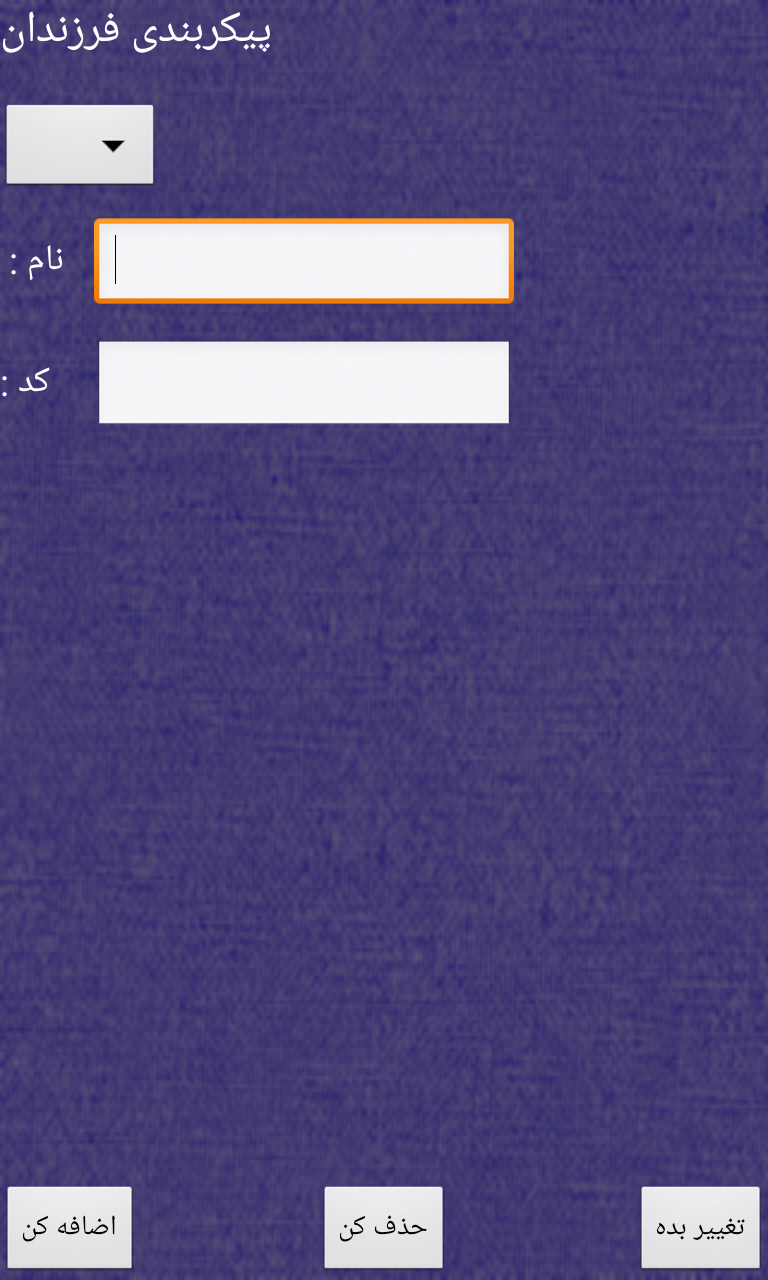
Repository: samanamp/RR-Controller
Layout: RRC app/res/layout/activity_child_setting.xml
An editor plug-in stored every save of this project. The layout is shown before and after the next save, followed by the edit.
It is drawn on a 768 x 1280 px phone screen (xhdpi) without system bars, with theme AppTheme; the app's code is not run.

Above is the layout before, as saved 2012-08-13 11:52:15.

After the next save:
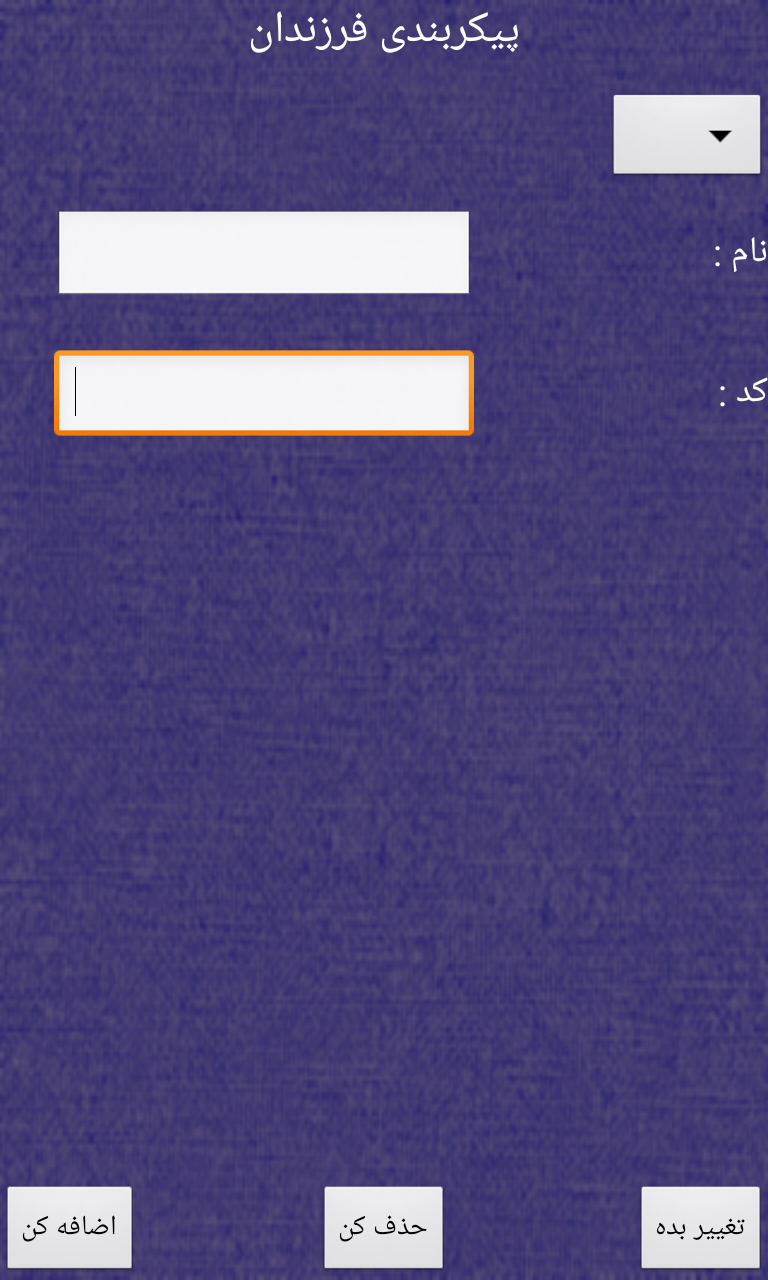
Saved 75 s later.
--- a/RRC app/res/layout/activity_child_setting.xml
+++ b/RRC app/res/layout/activity_child_setting.xml
@@ -23,12 +23,21 @@
         android:onClick="editChild"
         android:text="تغییر بده" />
 
+    <Button
+        android:id="@+id/button3"
+        android:layout_width="wrap_content"
+        android:layout_height="wrap_content"
+        android:layout_alignParentBottom="true"
+        android:layout_centerHorizontal="true"
+        android:text="حذف کن"
+        android:onClick="delChild"/>
+
     <TextView
         android:id="@+id/textView1"
         android:layout_width="wrap_content"
         android:layout_height="wrap_content"
-        android:layout_alignParentLeft="true"
         android:layout_alignParentTop="true"
+        android:layout_centerHorizontal="true"
         android:text="پیکربندی فرزندان"
         android:textAppearance="?android:attr/textAppearanceLarge"
         android:textColor="#ffffff" />
@@ -37,17 +46,17 @@
         android:id="@+id/spinner1"
         android:layout_width="wrap_content"
         android:layout_height="wrap_content"
-        android:layout_alignParentLeft="true"
+        android:layout_alignParentRight="true"
         android:layout_below="@+id/textView1"
-        android:layout_marginTop="20dp" />
+        android:layout_marginTop="15dp" />
 
     <TextView
         android:id="@+id/textView2"
         android:layout_width="wrap_content"
         android:layout_height="wrap_content"
-        android:layout_alignParentLeft="true"
+        android:layout_alignParentRight="true"
         android:layout_below="@+id/spinner1"
-        android:layout_marginTop="19dp"
+        android:layout_marginTop="20dp"
         android:text="نام : "
         android:textAppearance="?android:attr/textAppearanceMedium"
         android:textColor="#ffffff" />
@@ -58,20 +67,17 @@
         android:layout_height="wrap_content"
         android:layout_alignBaseline="@+id/textView2"
         android:layout_alignBottom="@+id/textView2"
-        android:layout_marginLeft="15dp"
-        android:layout_toRightOf="@+id/textView2"
-        android:ems="10" >
-
-        <requestFocus />
-    </EditText>
+        android:layout_alignRight="@+id/textView1"
+        android:layout_marginRight="23dp"
+        android:ems="10" />
 
     <TextView
         android:id="@+id/textView3"
         android:layout_width="wrap_content"
         android:layout_height="wrap_content"
-        android:layout_alignParentLeft="true"
+        android:layout_alignParentRight="true"
         android:layout_below="@+id/editText1"
-        android:layout_marginTop="22dp"
+        android:layout_marginTop="31dp"
         android:text="کد :"
         android:textAppearance="?android:attr/textAppearanceMedium"
         android:textColor="#ffffff" />
@@ -84,15 +90,9 @@
         android:layout_alignBottom="@+id/textView3"
         android:layout_alignLeft="@+id/editText1"
         android:ems="10"
-        android:inputType="number" />
+        android:inputType="number" >
 
-    <Button
-        android:id="@+id/button3"
-        android:layout_width="wrap_content"
-        android:layout_height="wrap_content"
-        android:layout_alignParentBottom="true"
-        android:layout_centerHorizontal="true"
-        android:text="حذف کن"
-        android:onClick="delChild"/>
+        <requestFocus />
+    </EditText>
 
 </RelativeLayout>
